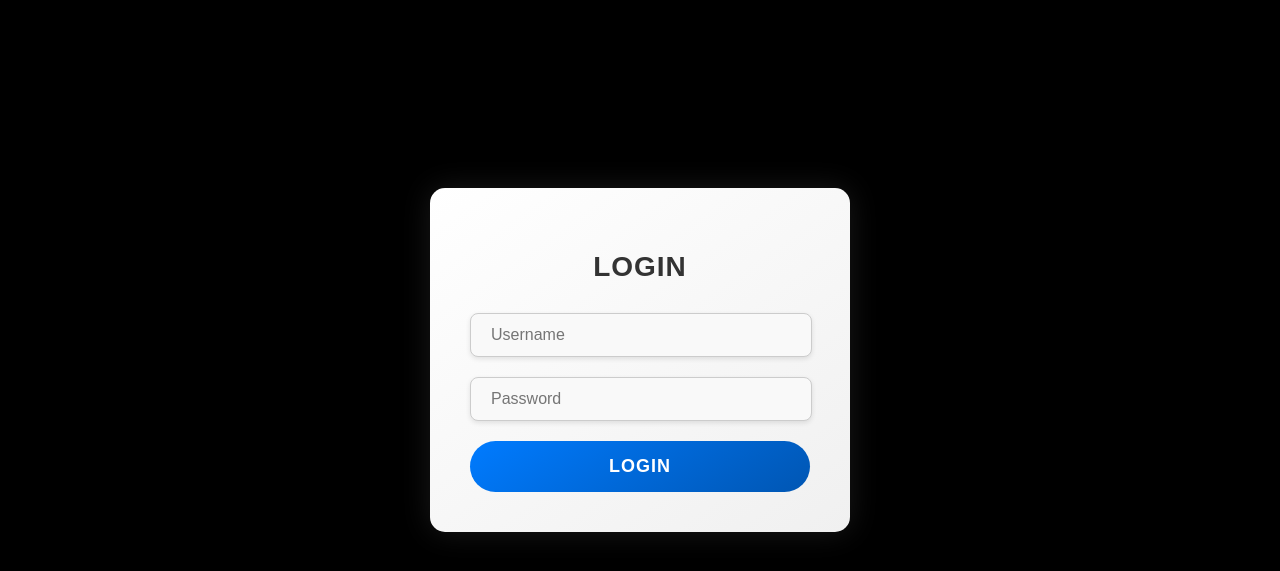
Repository: mdmisri/needy-talk
Page: /login (app in frontend/talk-d1/)
These files come from the project's save history. The page is drawn as it stood at one moment and after the next save; the edit follows.
The browser window is 1280 px wide. The pictures show the whole page.
The page's requests for data from a server got no answer. The project was rebuilt for these pictures with package versions that can differ from the ones it lists, and the page was loaded fresh each time. No one was signed in, and anything a server would have sent is missing. Also part of the build but not shown: frontend/talk-d1/src/components/Register/Register.js, frontend/talk-d1/src/conversationUtils.js, frontend/talk-d1/src/hooks/useConversation.js, frontend/talk-d1/src/components/Chat/styles/Message.css, frontend/talk-d1/src/components/Chat/Message.js, frontend/talk-d1/src/components/Chat/ChatBox.js, frontend/talk-d1/src/components/Chat/AdminChatBox.js, frontend/talk-d1/src/components/Chat/AdminSelection.js and 1 more.

Above is the page before, as saved 2024-07-29 05:28:02.

After the next save:
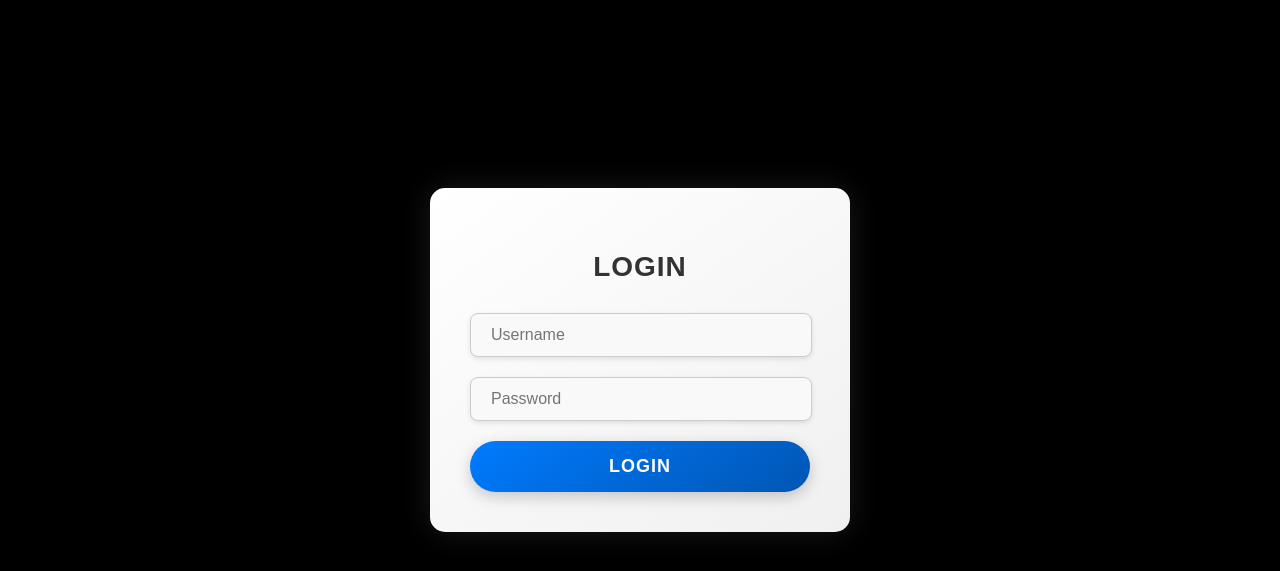
Saved 5 s later.
--- a/frontend/talk-d1/src/components/Login/Login.css
+++ b/frontend/talk-d1/src/components/Login/Login.css
@@ -62,7 +62,7 @@ body, html {
     text-transform: uppercase;
     letter-spacing: 1px;
     transition: all 0.3s ease;
-
+    box-shadow: 0 5px 15px rgba(0, 0, 0, 0.2);
 }
 
 .login-container button:hover {
